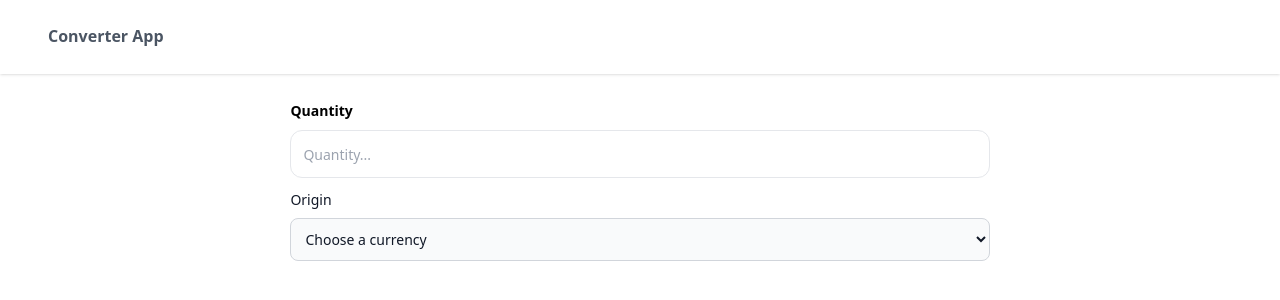
Repository: mikelCabezas/angular-exercices
Page: / (app in converter/)
An editor plug-in stored every save of this project. The page is shown before and after the next save, followed by the edit.
The browser window is 1280 px wide. The pictures show the whole page.
The project was rebuilt for these pictures with package versions that can differ from the ones it lists, and the page was loaded fresh each time. Also part of the build but not shown: converter/angular.json.

Above is the page before, as saved 2023-09-15 18:07:02.

### converter/src/app/app.module.ts
import { NgModule } from '@angular/core';
import { BrowserModule } from '@angular/platform-browser';

import { AppComponent } from './app.component';
import { NavbarComponent } from './components/navbar/navbar.component';
import { ConverterComponent } from './components/converter/converter.component';

@NgModule({
  declarations: [
    AppComponent,
    NavbarComponent,
    ConverterComponent
  ],
  imports: [
    BrowserModule
  ],
  providers: [],
  bootstrap: [AppComponent]
})
export class AppModule { }

### converter/src/app/app.component.ts
import { Component } from '@angular/core';

@Component({
  selector: 'app-root',
  templateUrl: './app.component.html',
  styleUrls: ['./app.component.css']
})
export class AppComponent {
  title = 'converter';
}

### converter/src/app/components/converter/converter.component.ts
import { Component } from '@angular/core';

@Component({
  selector: 'app-converter',
  templateUrl: './converter.component.html',
  styleUrls: ['./converter.component.css']
})
export class ConverterComponent {

}

### converter/src/app/app.component.html
<app-navbar/>
<app-converter/>

### converter/src/app/components/navbar/navbar.component.html
<nav class="bg-white shadow dark:bg-gray-800">
    <div class="container flex items-center  p-6 mx-auto text-gray-600 capitalize dark:text-gray-300">
        <a href="#" class="border-b-2 border-transparent hover:text-gray-800 dark:hover:text-gray-200 hover:border-blue-500 mx-1.5 sm:mx-6 font-bold">
            Converter App
        </a>
    </div>
</nav>

### converter/src/app/components/converter/converter.component.html
<div class="container mx-auto p-6 flex justify-center">
    <div class="row w-3/5">
        <div class="col px-5">
            <div class="mb-3">
                <label for="email" class="text-sm text-navy-700 dark:text-white font-bold">Quantity</label>
                <input type="number" placeholder="Quantity..." class="mt-2 flex h-12 w-full items-center justify-center rounded-xl border bg-white/0 p-3 text-sm outline-none border-gray-200">
            </div>
        </div>
        <div class="col px-5">
            <label for="countries" class="block mb-2 text-sm font-medium text-gray-900 dark:text-gray-400">Origin</label>
            <select id="countries" class="bg-gray-50 border border-gray-300 text-gray-900 text-sm rounded-lg focus:ring-blue-500 focus:border-blue-500 block w-full p-2.5 dark:bg-gray-700 dark:border-gray-600 dark:placeholder-gray-400 dark:text-white dark:focus:ring-blue-500 dark:focus:border-blue-500">
                <option selected>Choose a currency</option>
                <option value="EUR">Euro</option>
                <option value="USD">US Dollar</option>
                <option value="CHF">Suiss francs</option>
            </select>
        </div>
        <div class="col"></div>
    </div>
</div>

Loaded but not shown: converter/src/index.html (common file); converter/src/styles.css (common file); converter/src/main.ts (common file); converter/src/app/components/navbar/navbar.component.ts (common file); converter/tailwind.config.js (common file); converter/src/app/app.component.css (no stored copy; drawn as an empty file); converter/src/app/components/navbar/navbar.component.css (no stored copy; drawn as an empty file); converter/src/app/components/converter/converter.component.css (no stored copy; drawn as an empty file)

After the next save:
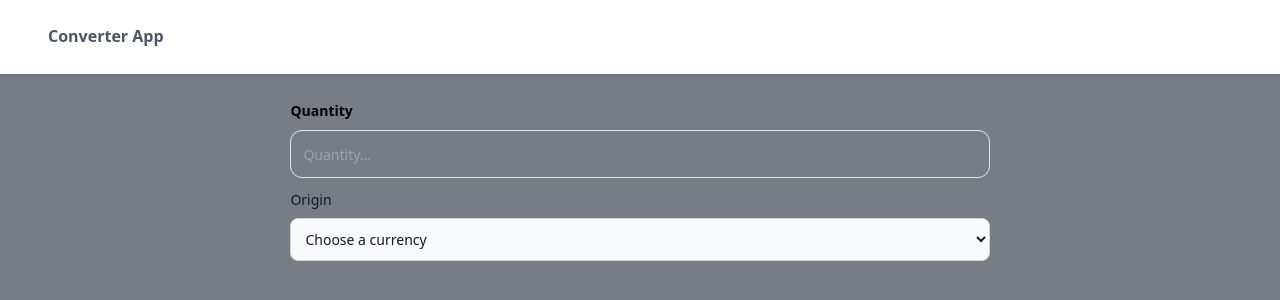
Saved 67 s later.
--- a/converter/src/app/app.component.html
+++ b/converter/src/app/app.component.html
@@ -1,2 +1,4 @@
-<app-navbar/>
-<app-converter/>
+<div class="root min-w-screen min-h-screen bg-gray-900Z bg-[#11192890] backdrop-saturate-200 backdrop-blur-lg">
+    <app-navbar/>
+    <app-converter/>
+</div>
